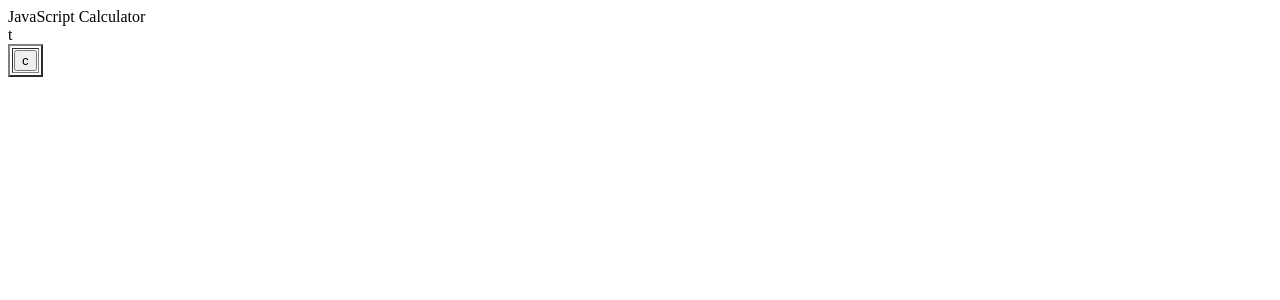
Repository: spidero7/Simple-Calculator
Page: index.html
An editor plug-in stored every save of this project. The page is shown before and after the next save, followed by the edit.
The browser window is 1280 px wide. The pictures show the whole page.

Above is the page before, as saved 2021-09-15 06:40:26.

### index.html
<!DOCTYPE html>
<html lang="en">
<head>
    <meta charset="UTF-8">
    <meta http-equiv="X-UA-Compatible" content="IE=edge">
    <meta name="viewport" content="width=device-width, initial-scale=1.0">
    <title>Calculator</title>
    <link rel="stylesheet" href="style.css">
</head>
<body>
    <div class="title">JavaScript Calculator</div>
    <table border="2">
        <tr>
            <td><input type="button" value="c" onclick="clr()"/></td>
            t
        </tr>
    </table>
    <script src="app.js"></script>
</body>
</html>

Loaded but not shown: app.js (no copy from this time; the picture is the same without it); style.css (no copy from this time; the picture is the same without it)

After the next save:
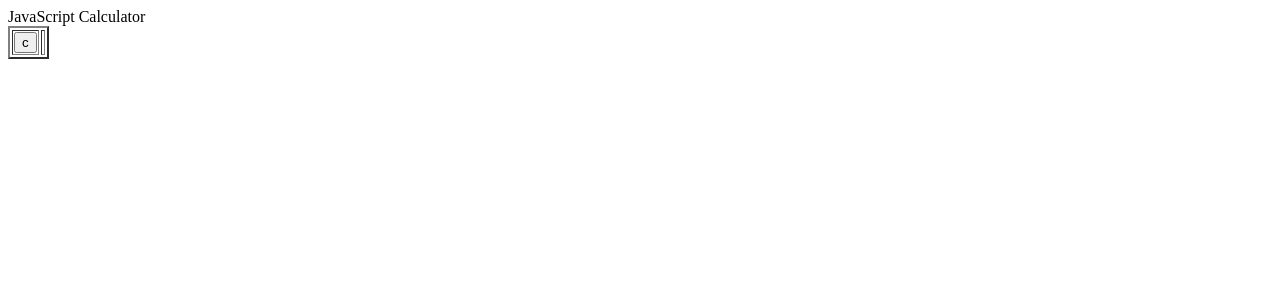
Saved 5 s later.
--- a/index.html
+++ b/index.html
@@ -12,7 +12,7 @@
     <table border="2">
         <tr>
             <td><input type="button" value="c" onclick="clr()"/></td>
-            t
+            <td
         </tr>
     </table>
     <script src="app.js"></script>
